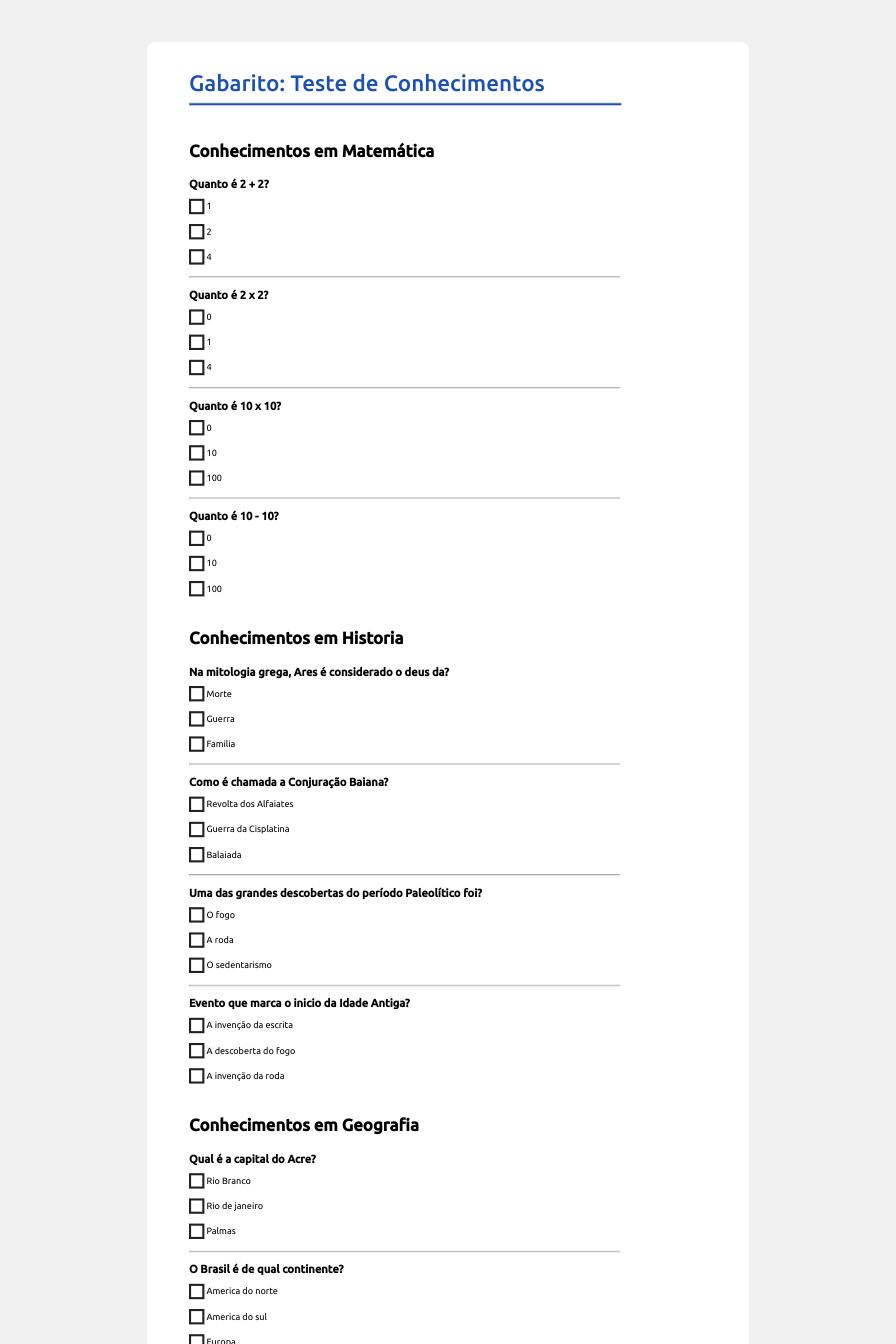
Repository: Delei09/desafioPerguntas
Page: /gabarito (app in frontend/)
These files come from the project's save history. The page is drawn as it stood at one moment and after the next save; the edit follows.
The browser window is 1280 px wide. The pictures show the part of the page from y = 0 to 1920 px (the page is 2494 px tall before and 2638 px after), at 70% of full size.
The project was rebuilt for these pictures with package versions that can differ from the ones it lists, and the page was loaded fresh each time. A package was used in the major version that the imports need, not the one package.json lists. Also part of the build but not shown: frontend/src/styles/home.scss, frontend/src/page/Home.tsx, frontend/src/styles/resultado.scss, frontend/src/page/Resultado.tsx.

Above is the page before, as saved 2021-08-19 15:45:42.

After the next save:
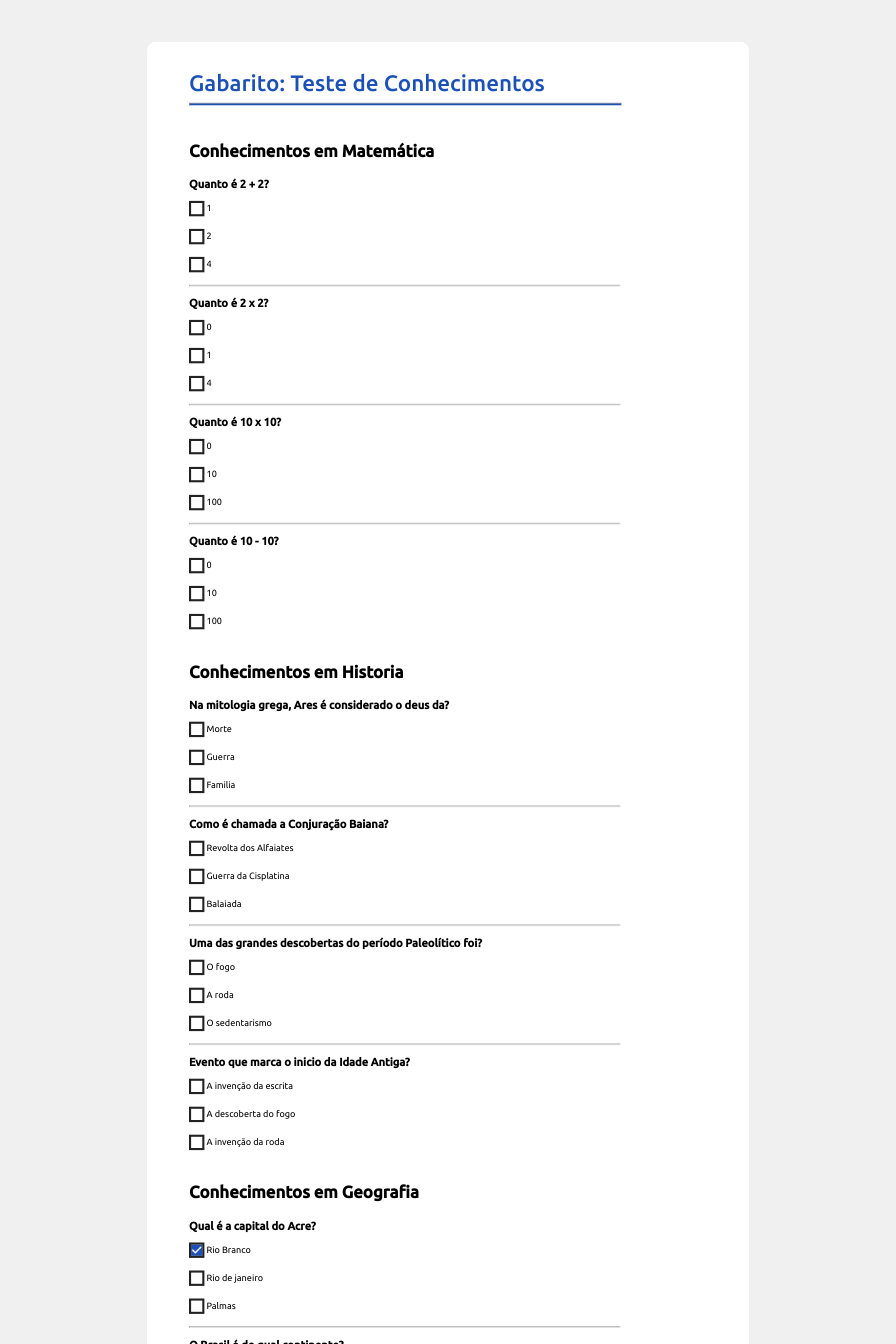
Saved 3 min 34 s later.
--- a/frontend/src/page/Gabarito.tsx
+++ b/frontend/src/page/Gabarito.tsx
@@ -36,8 +36,13 @@ const Gabarito = (props : any) => {
          <div className = 'mainOpcao'>
          {questao.options.map( (option, i) => {
             return(
-               <label key = {i}>  <input  type="radio" id = {questao.id}  defaultChecked = {option === questao.resposta}
-               name={`mat${questao.id}`} value= {option} /> {option}  </label>
+               <div className = 'divInputLabel'>
+               <input  type="radio" id = {questao.id+option} onChange = {(e: React.ChangeEvent<HTMLInputElement>)=> {
+                setRespostaHistoria({...respostaHistoria , [questao.id] : option  } )               } }
+             name={`his${questao.id}`} value= {option} />
+               <label key = {i}  htmlFor= {questao.id+option}>  {option}  </label>
+
+               </div>
             )
          })}
          </div>
@@ -55,7 +60,13 @@ const Gabarito = (props : any) => {
          <div className = 'mainOpcao'>
          {questao.options.map( (option, i) => {
             return(
-               <label key = {i}>  <input name={`his${questao.id}`} type="radio" defaultChecked = {option === questao.resposta}  id = {questao.id} /> {option}  </label>
+               <div className = 'divInputLabel'>
+               <input  type="radio" id = {questao.id+option} onChange = {(e: React.ChangeEvent<HTMLInputElement>)=> {
+                setRespostaHistoria({...respostaHistoria , [questao.id] : option  } )               } }
+             name={`his${questao.id}`} value= {option} />
+               <label key = {i}  htmlFor= {questao.id+option}>  {option}  </label>
+
+               </div>
             )
          })}
          </div>
@@ -73,8 +84,12 @@ const Gabarito = (props : any) => {
          <div className = 'mainOpcao'>
          {questao.options.map( (option, i) => {
             return(
-               <label key = {i}>  <input name={`geo${questao.id}`}type="radio" id = {questao.id}  defaultChecked = {option === questao.resposta}   /> {option}  </label>
-            )
+               <div className = 'divInputLabel'>
+               <input  type="radio" id = {questao.id+option} defaultChecked = {option === questao.resposta}
+             name={`his${questao.id}`} value= {option} />
+               <label key = {i}  htmlFor= {questao.id+option}>  {option}  </label>
+
+               </div>            )
          })}
          </div>
          {i < 3 ? <hr/> : ''}
